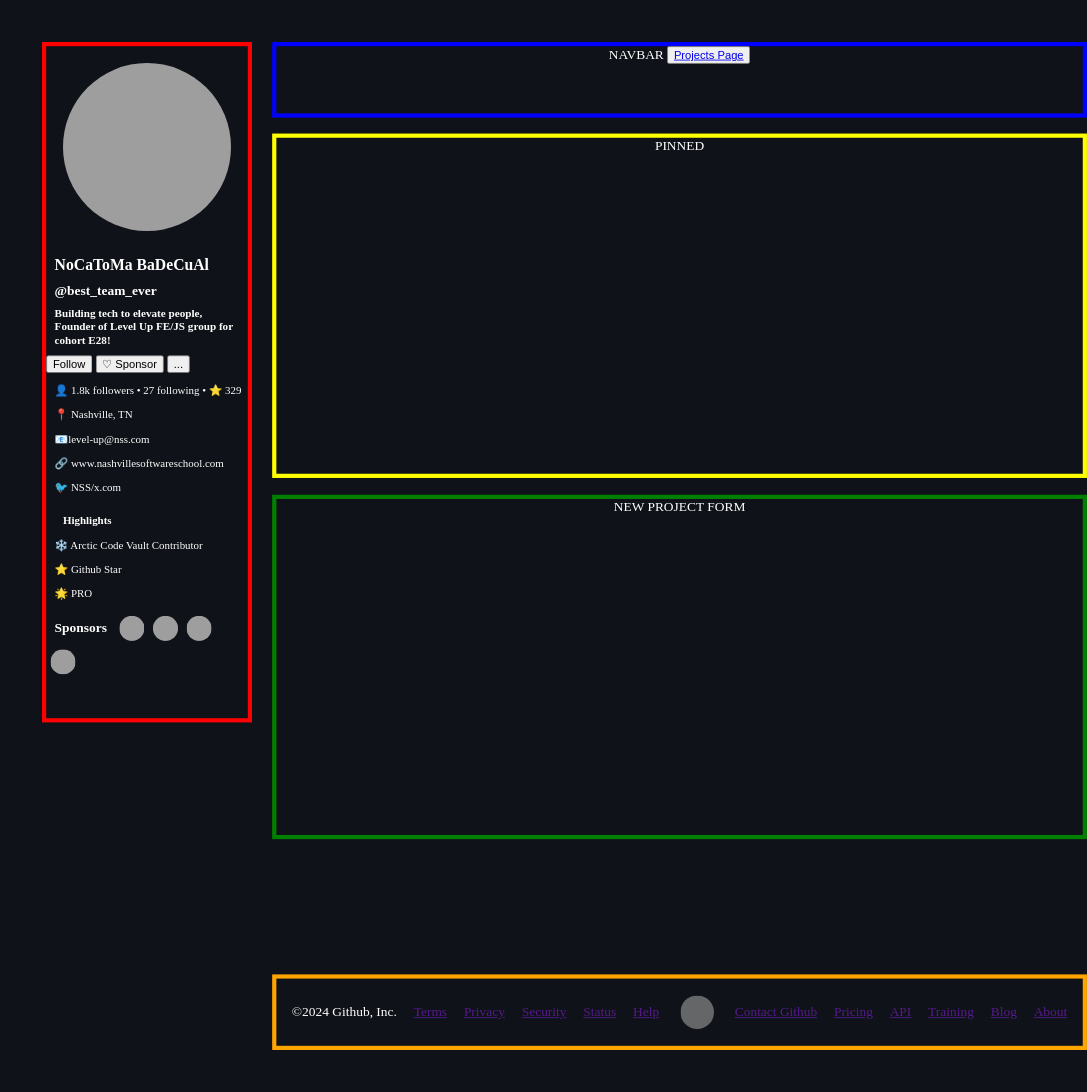
Repository: nss-evening-cohort-28/nss-evening-cohort-28-classroom-gitsub-Q1-project-gitsub
Page: index.html
An editor plug-in stored every save of this project. The page is shown before and after the next save, followed by the edit.
The browser window is 1280 px wide. The page is 1294 px wide, so the pictures cover 1294 px, including what lies to the right of the window. The pictures show the whole page, at 84% of full size.
Pictures or frames that could not be fetched are drawn as grey boxes.

Above is the page before, as saved 2024-08-07 22:27:23.
Console error: TypeError: Cannot set properties of null (setting 'innerHTML')

After the next save:
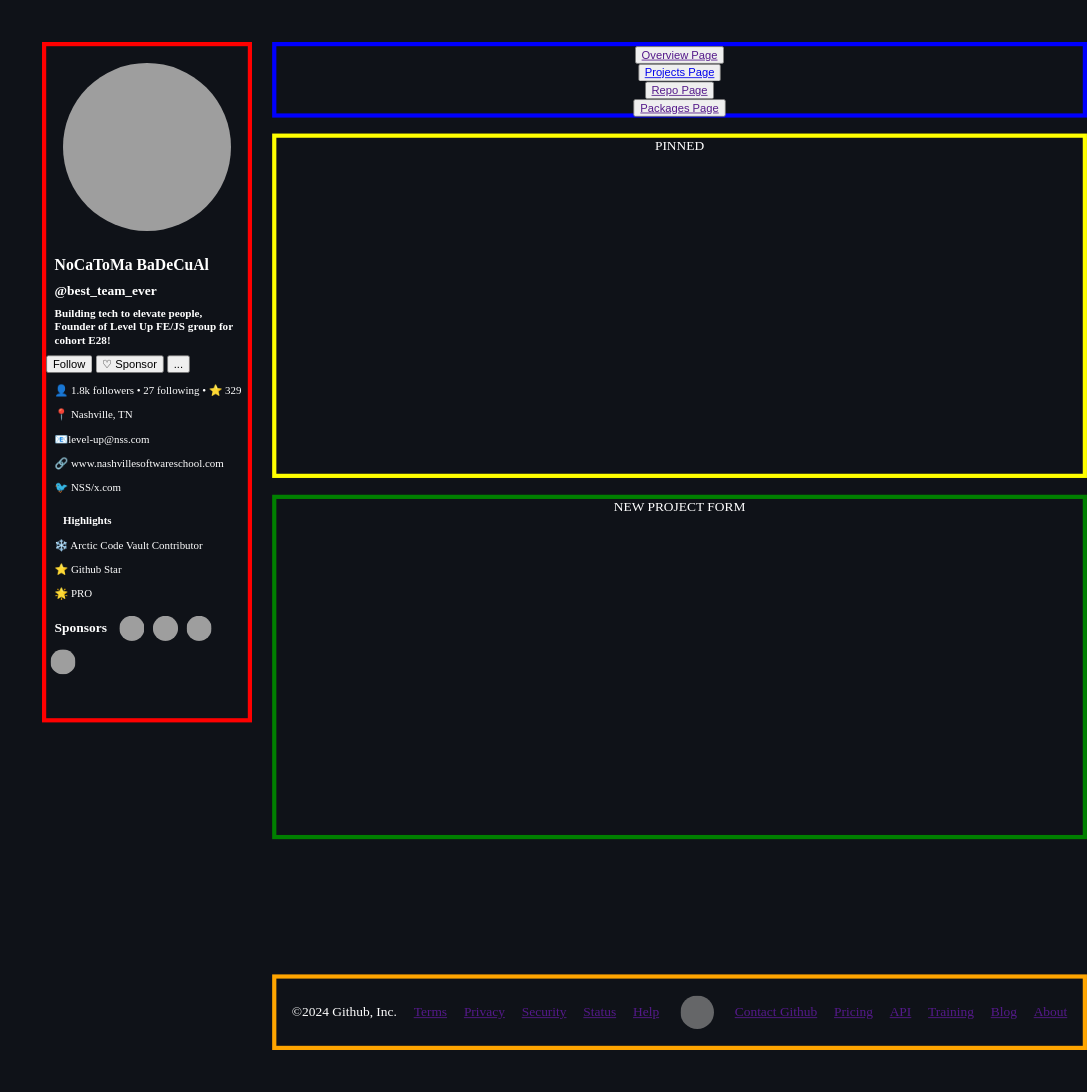
Saved 2 days later.
--- a/index.html
+++ b/index.html
@@ -47,11 +47,35 @@
           </div>
         </div>
         <div class="flexContainer">
-            <div class="navBar">NAVBAR
-              <button><a href="projects.html">
-                Projects Page
-              </a></button>
+            <div class="navBar">
+
+              <div class="Overview-button">
+                <button><a href="">
+                  Overview Page
+                </a></button>
+              </div>
+
+              <div class="project-button">
+                <button><a href="projects.html">
+                  Projects Page
+                </a></button>
+              </div>
+
+              <div class="repo-button">
+                <button><a href="">
+                  Repo Page
+                </a></button>
+              </div>
+
+              <div class="package-button">
+                <button><a href="">
+                  Packages Page
+                </a></button>
+              </div>
             </div>
+
+
+
             <div class="pinned">PINNED</div>
             <div class="newProject">NEW PROJECT FORM</div>
             <div class="footer">
